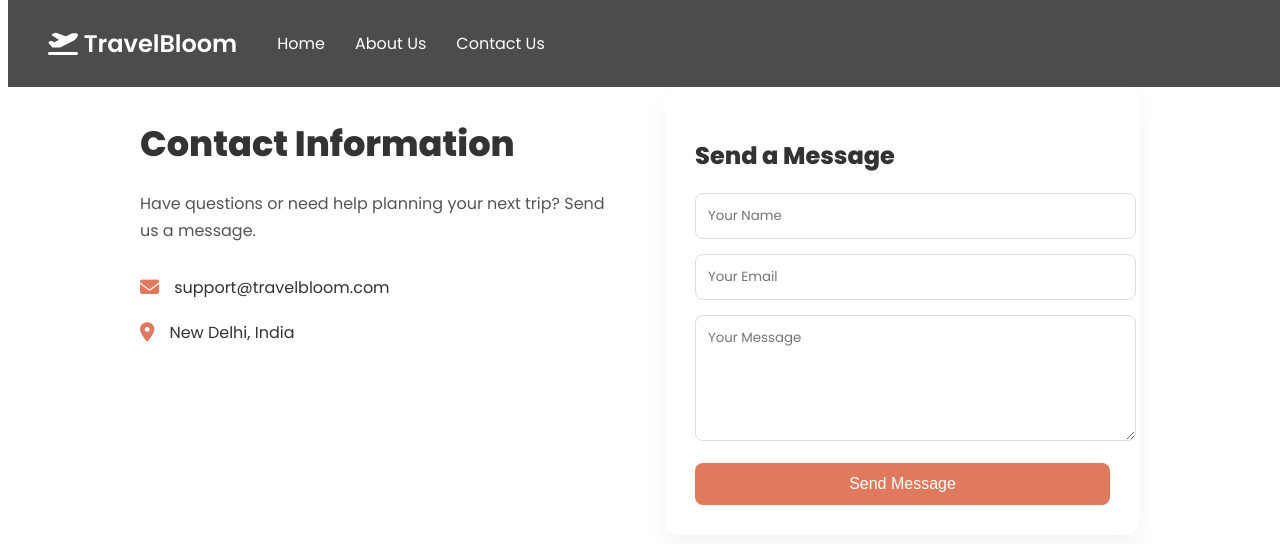
Repository: LatikaAdhikari064/TravelBloom_Project
Page: contact.html
The author's editor kept a copy of each file at every save. The page is drawn from the files as they stood at one save, then again after the next save.
The browser window is 1280 px wide. The pictures show the whole page.

Above is the page before, as saved 2026-01-08 20:57:08.

After the next save:
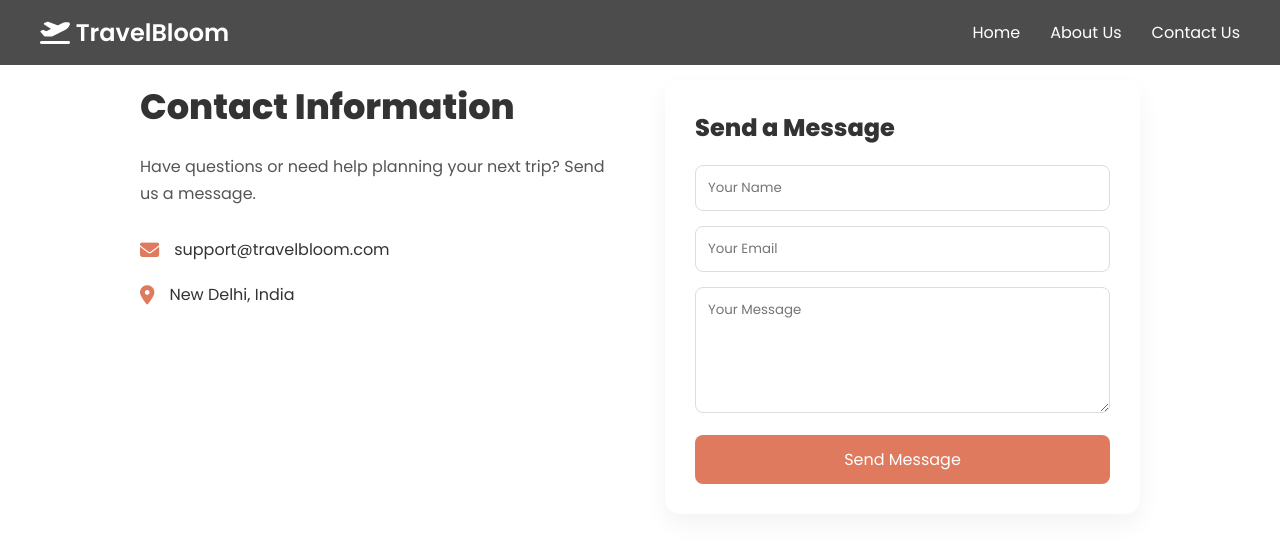
Saved 57 s later.
--- a/contact.css
+++ b/contact.css
@@ -1,5 +1,10 @@
 /* --- CONTACT PAGE STYLES --- */
-
+* {
+    margin: 0;
+    padding: 0;
+    box-sizing: border-box;
+    font-family: 'Poppins', sans-serif;
+}
 body {
     font-family: 'Poppins', sans-serif;
 }
@@ -10,7 +15,7 @@ body {
     width: 100%;
     padding: 15px 40px;
     display: flex;
-    /* justify-content: space-between; */
+    justify-content: space-between;
     align-items: center;
     background: rgba(0, 0, 0, 0.7);
     backdrop-filter: blur(8px);
